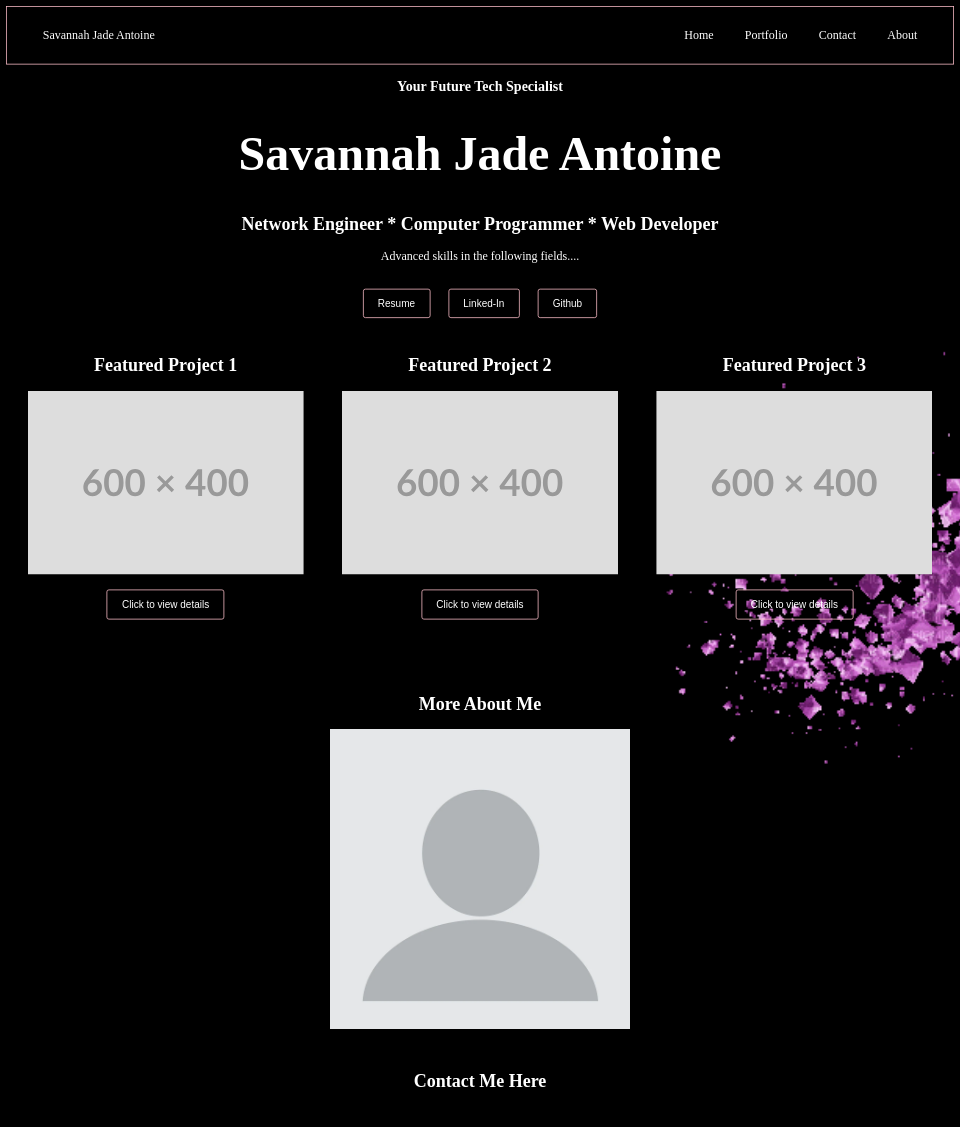
Repository: Savannah-Antoine/Savannah-Antoine
Page: index.html
These files come from the project's save history. The page is drawn as it stood at one moment and after the next save; the edit follows.
The browser window is 1280 px wide. The pictures show the whole page, at 75% of full size.

Above is the page before, as saved 2026-05-15 13:21:52.

### index.html
<!DOCTYPE html>
<html lang="en">
<head>
    <meta charset="UTF-8">
    <meta name="viewport" content="width=device-width, initial-scale=1.0">
    <link rel = "stylesheet" href = "./styles/index.css" />
    <link rel = "stylesheet" href = "./styles/globals.css" />
    <title>Savannah Jade Antoine Portfolio</title>
</head>
<body>
<header>
    <nav>
        <ul class = "homeButton">
           <li><a href = "index.html">Savannah Jade Antoine</a></li>
        </ul>
        <ul class = "navigation">
  <li><a href="index.html">Home</a></li>
  <li><a href="#PortfolioSection">Portfolio</a></li>
  <li><a href="#ContactMe">Contact</a></li>
  <li><a href="#AboutMe">About</a></li>
</ul>

</nav>
<h3>Your Future Tech Specialist</h3>
<h1> Savannah Jade Antoine</h1>
<h2>Network Engineer * Computer Programmer * Web Developer</h2>
<p> Advanced skills in the following fields....</p>
<div class = "infoButtons">
<a href = "Savannah Jade Resume (1).pdf"><button>Resume</button></a>
<a href = "www.linkedin.com/in/savannah-antoine-ab0756390"><button>Linked-In</button></a>
<button>Github</button>
</div>

</header>
<main class = "container">
<section id = "PortfolioSection" class = "project-card">

<h2>Featured Project 1</h2>
<img src = "./assets/images/placeholder1.svg" alt = "First Portfolio placeholder image" />
<p><a href = "./pages/project-name-1.html"><button>Click to view details</button></a>
</section>


<section class = "project-card">
<h2>Featured Project 2</h2>
<img src = "./assets/images/placeholder1.svg" alt = "Second Portfolio placeholder image" />
<p><a href = "./pages/project-name-2.html"><button>Click to view details</button></a>
</section>
<section class = "project-card">
<h2>Featured Project 3</h2>
<img src = "./assets/images/placeholder1.svg" alt = "Third Portfolio placeholder image" />
<p><a href = "./pages/project-name-3.html"><button>Click to view details</button></a>
</section>

<section id = "AboutMe" class = "aboutMe">
<h2>More About Me</h2>
<img src = "./assets/images/profilepic.png" alt = "profile picture" />
</section>

<section id = "ContactMe">
<h2>Contact Me Here</h2>

</section>



</main>

</body>
</html>

### styles/index.css
.container{
  display: flex;
    flex-direction: column;
    align-items: center;
    gap: 2rem;
    padding: 1.2rem;

}



.navigation {
    display: grid;
    grid-template-columns: repeat(2, 1fr);
    gap: 0.6rem;
    text-align: right;
}


body h1{
    font-size: 2.5rem;

}

img{
    width: 100%;
    max-width: 400px;
    height: auto;
}

@media screen and (min-width: 768px)
{

   body h1 {
        font-size: 4rem;
    }
    .container {
        flex-direction: row;
        flex-wrap: wrap;
        align-items: flex-start;
        justify-content: space-around;
    }
    .project-card {
        width: 30%;
        min-width: 250px;
        text-align: center;
    }

    .aboutMe{
        width: 100%;
        text-align: center;
        margin-top: 2rem;

    }
    .navigation{
        display:flex;
    }

}


@media screen and (min-width: 1000px)
{
    .container {
        margin: 0 auto;
    }
}

### styles/globals.css
body {
    background-color: black;
  background-image: url(/assets/images/background-pic.gif);
  background-repeat: no-repeat;
  background-size: cover;
  color: white;
  font-size: 1rem;
  text-align: center;
}



.homeButton{
  order: -1;
  list-style-type: none;
  margin: 0;
  padding: 0;
  display: flex;
  justify-content: left;

}


nav {
    display: flex;
    justify-content: space-between;
    align-items: center;
    padding: 1rem 2rem;

    border: 0.1rem solid pink;
    cursor: pointer;


}



nav ul {
    display: flex;
    list-style: none;
    gap: 1rem;
    margin: 0;
    padding: 0;
}
button {
    padding: 0.7rem 1.2rem;
    background-color: transparent;
    color: white;
    border: 0.1rem solid pink;
    cursor: pointer;
    transition: all 0.3s ease;
    border-radius: 0.2rem;
    gap: 1rem;
}
button:hover {
    background-color: pink;
    color: rgb(31, 1, 31);
    transform: translateY(-3px);
    box-shadow: 0 0.3rem 1rem rgba(255, 255, 255, 0.3);
}

.infoButtons {
    display: flex;
    justify-content: center;
    gap: 1.5rem;
    margin-top: 1.4rem;
    min-width: 100px;
    padding: 0.7rem 0.9rem;
}

li a {
  display: block;
  color: white;
  padding: 0.8rem 1rem;
  text-decoration: none;
}

ul li a:hover {
 background-color: pink;
  color: rgb(31, 1, 31);
  box-shadow: 0 0.5rem 0.9rem rgba(255, 255, 255, 0.3)
}

h1{

  font-size: 4rem;
}

After the next save:
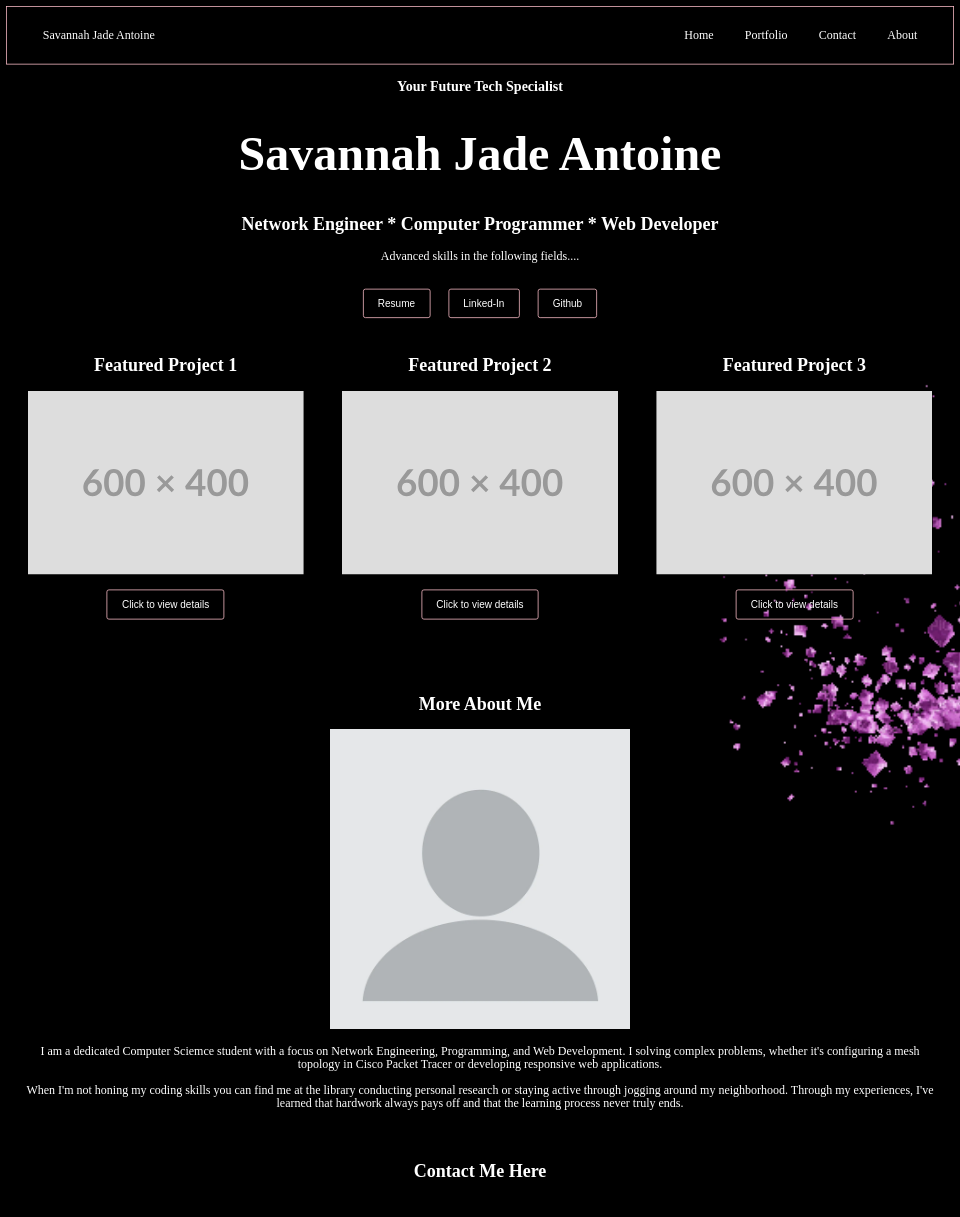
Saved 7 min 25 s later.
--- a/index.html
+++ b/index.html
@@ -55,6 +55,13 @@
 <section id = "AboutMe" class = "aboutMe">
 <h2>More About Me</h2>
 <img src = "./assets/images/profilepic.png" alt = "profile picture" />
+<p>I am a dedicated Computer Sciemce student with a focus on Network Engineering, Programming, and Web Development.
+I solving complex problems, whether it's configuring a mesh topology in Cisco Packet Tracer or developing responsive web applications.
+</p>
+<P>
+When I'm not honing my coding skills you can find me at the library conducting personal research or staying active through jogging around my neighborhood.
+Through my experiences, I've learned that hardwork always pays off and that the learning process never truly ends.
+</P>
 </section>
 
 <section id = "ContactMe">
